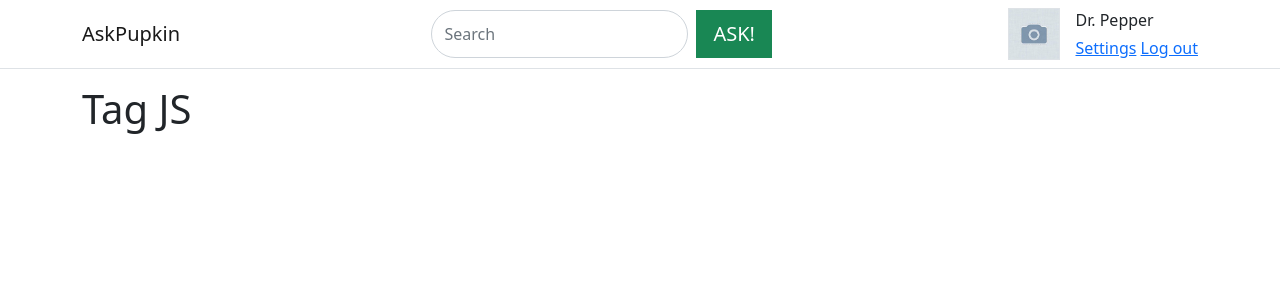
Repository: MiniDan21/askme_molchanov_django
Page: http://localhost/tag/JS
These files come from the project's save history. The page is drawn as it stood at one moment and after the next save; the edit follows.
The browser window is 1280 px wide. The pictures show the whole page.
The page is served by the project's application, run on Django 5.2 (manage.py).

Above is the page before, as saved 2024-04-09 18:29:19.

After the next save:
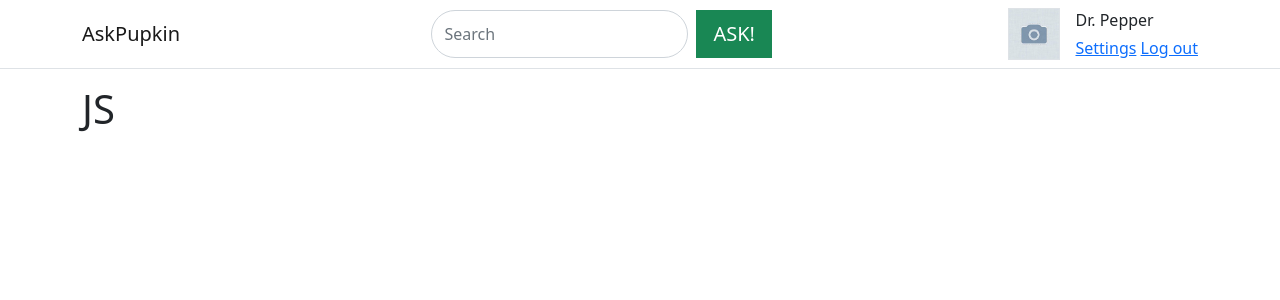
Saved 11 s later.
--- a/templates/tag.html
+++ b/templates/tag.html
@@ -2,6 +2,6 @@
 
 {% block main %}
 <div class="d-flex gap-3 align-items-center">
-    <h1>Tag {{tag}}</h1>
+    <h1>{{tag}}</h1>
 </div>
 {% endblock %}
